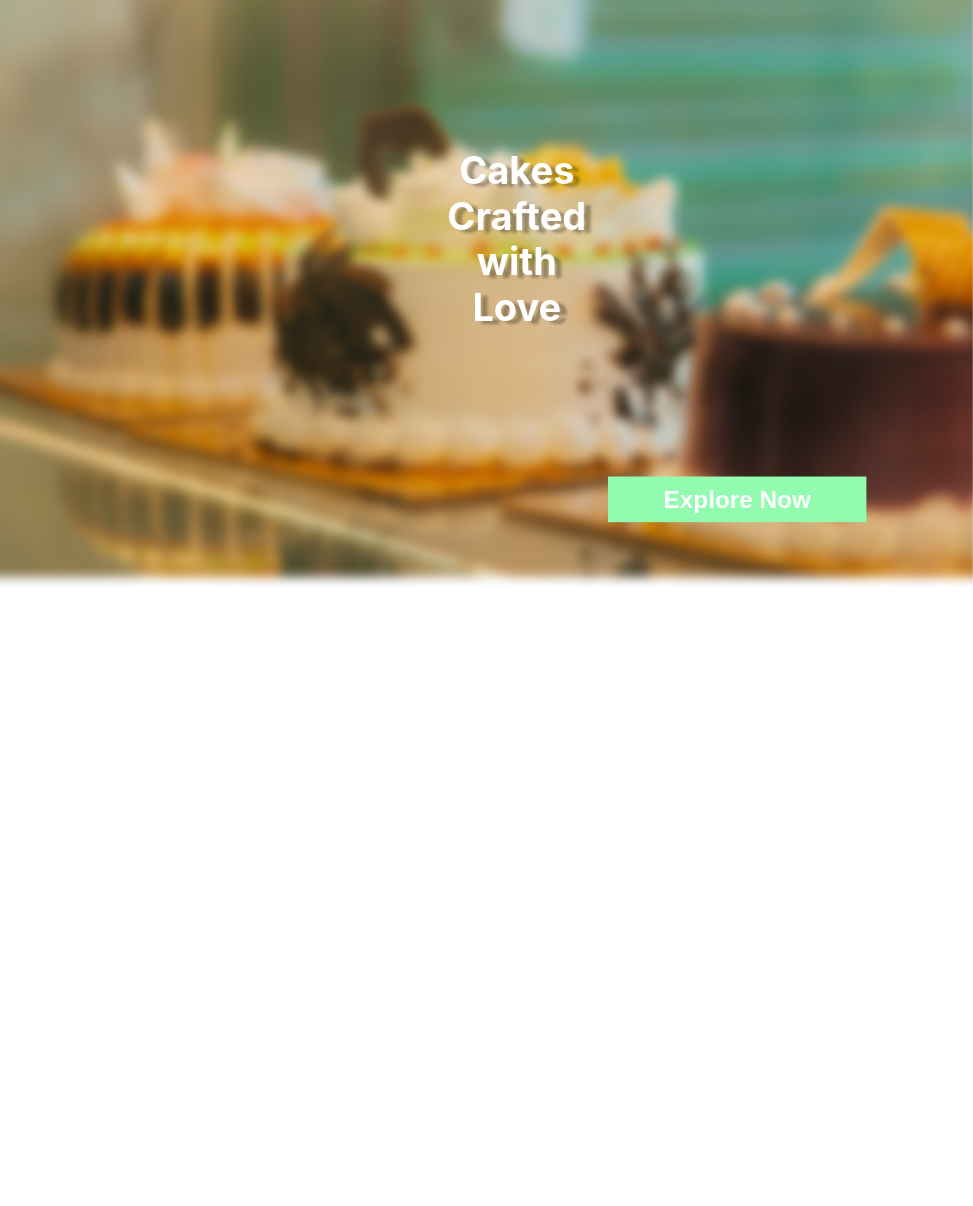
Repository: MEROO1010/cake-box-website
Page: / (app in Cake_box/cake_website/cake_frontend/)
The author's editor kept a copy of each file at every save. The page is drawn from the files as they stood at one save, then again after the next save.
The browser window is 1280 px wide. The pictures show the whole page, at 76% of full size.
The project was rebuilt for these pictures with package versions that can differ from the ones it lists, and the page was loaded fresh each time.

Above is the page before, as saved 2024-10-22 12:21:13.

After the next save:
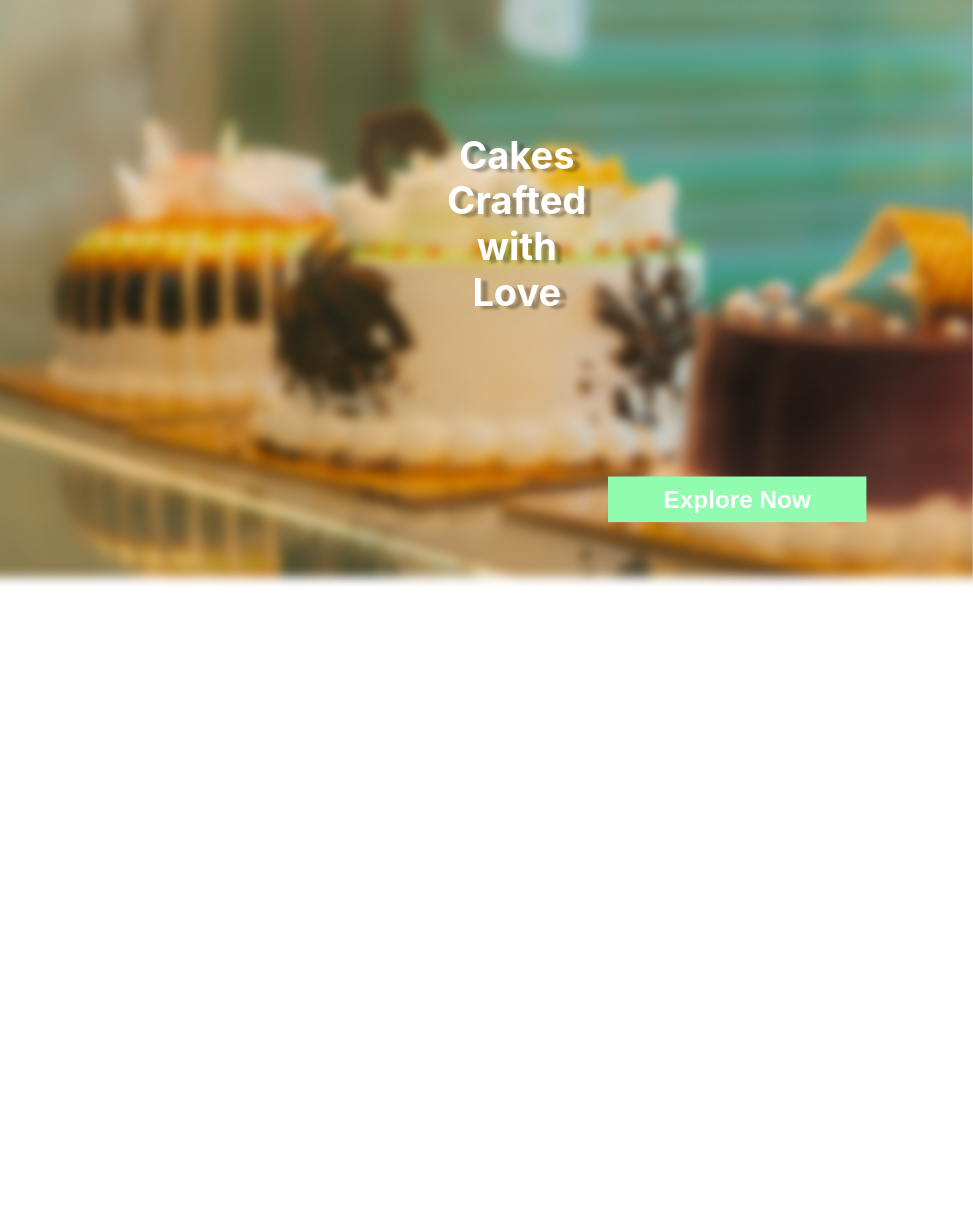
Saved 7 s later.
--- a/Cake_box/cake_website/cake_frontend/src/components/HomePage/Homepage.jsx
+++ b/Cake_box/cake_website/cake_frontend/src/components/HomePage/Homepage.jsx
@@ -31,7 +31,7 @@ const Container = styled.div `
     text-shadow: 9px 4px 4px rgba(0, 0, 0, 0.3);
     text-align: center;
     padding-top:40px;
-    bottom:660px;
+    bottom:680px;
     margin-left:80px;
     position: relative;
    }
